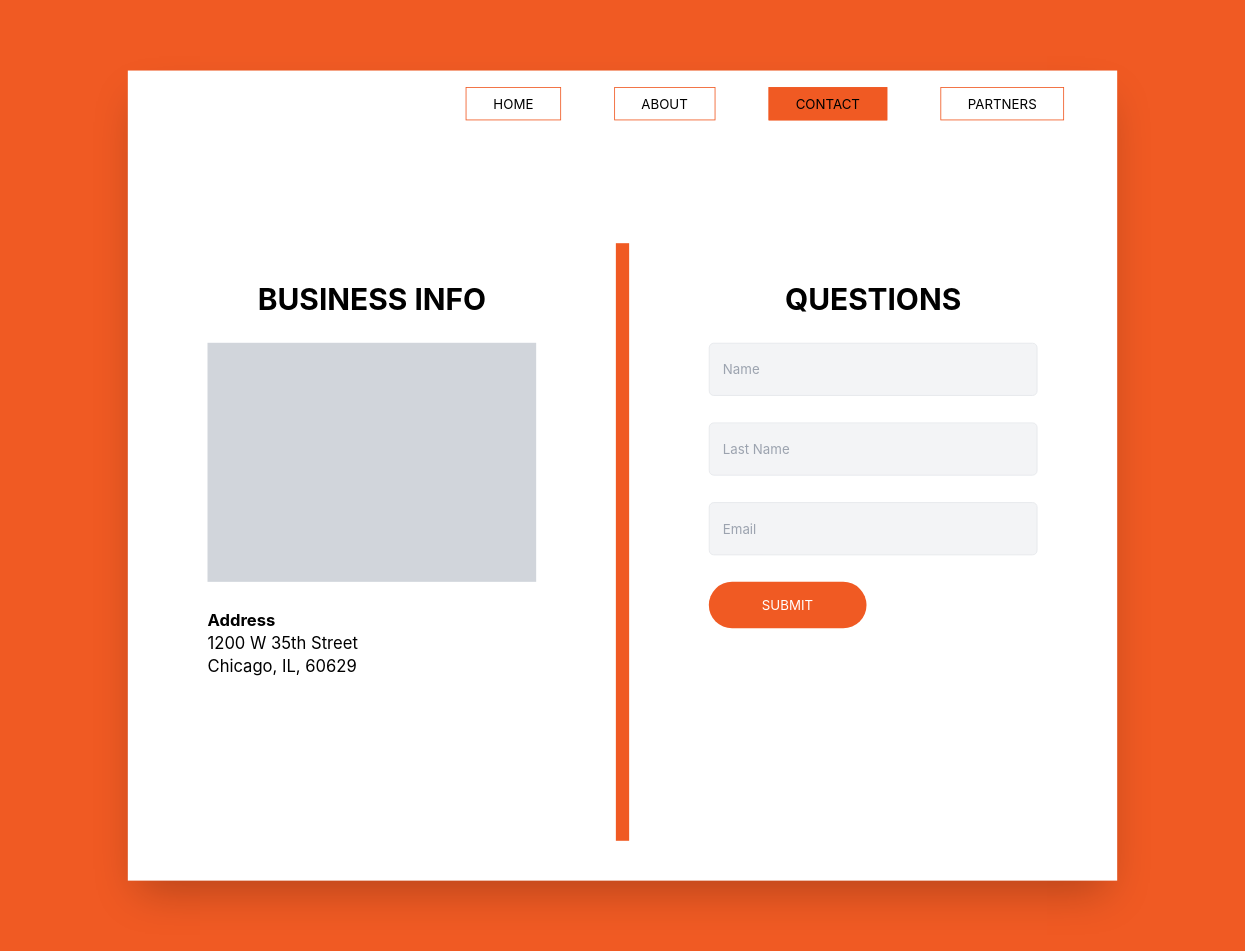
Repository: legenddev1202/whyclicktv
Page: /contact
An editor plug-in stored every save of this project. The page is shown before and after the next save, followed by the edit.
The browser window is 1280 px wide. The page is 1500 px wide, so the pictures cover 1500 px, including what lies to the right of the window. The pictures show the whole page, at 83% of full size.
The project was rebuilt for these pictures with package versions that can differ from the ones it lists, and the page was loaded fresh each time. Also part of the build but not shown: src/App.css, src/pages/home.js, src/pages/about.js, src/pages/partners.js, src/pages/referral.js.

Above is the page before, as saved 2022-03-31 14:24:52.

### public/index.html
<!DOCTYPE html>
<html lang="en">
  <head>
    <meta charset="utf-8" />
    <link rel="icon" href="%PUBLIC_URL%/favicon.ico" />
    <meta name="viewport" content="width=device-width, initial-scale=1" />
    <meta name="theme-color" content="#000000" />
    <meta name="description" content="why-click" />
    <link rel="apple-touch-icon" href="%PUBLIC_URL%/favicon.ico" />
    <!--
      manifest.json provides metadata used when your web app is installed on a
      user's mobile device or desktop. See https://developers.google.com/web/fundamentals/web-app-manifest/
    -->
    <link rel="manifest" href="%PUBLIC_URL%/manifest.json" />
    <!--
      Notice the use of %PUBLIC_URL% in the tags above.
      It will be replaced with the URL of the `public` folder during the build.
      Only files inside the `public` folder can be referenced from the HTML.

      Unlike "/favicon.ico" or "favicon.ico", "%PUBLIC_URL%/favicon.ico" will
      work correctly both with client-side routing and a non-root public URL.
      Learn how to configure a non-root public URL by running `npm run build`.
    -->
    <title>WhyClick.tv</title>
  </head>
  <body>
    <noscript>WhyClick.tv</noscript>
    <div id="root"></div>
    <!--
      This HTML file is a template.
      If you open it directly in the browser, you will see an empty page.

      You can add webfonts, meta tags, or analytics to this file.
      The build step will place the bundled scripts into the <body> tag.

      To begin the development, run `npm start` or `yarn start`.
      To create a production bundle, use `npm run build` or `yarn build`.
    -->
  </body>
</html>

### src/index.css
@tailwind base;
@tailwind components;
@tailwind utilities;

body {
  margin: 0;
  font-family: -apple-system, BlinkMacSystemFont, "Segoe UI", "Roboto", "Oxygen",
    "Ubuntu", "Cantarell", "Fira Sans", "Droid Sans", "Helvetica Neue",
    sans-serif;
  -webkit-font-smoothing: antialiased;
  -moz-osx-font-smoothing: grayscale;
  height: 100%;
  min-height: 700px;
  min-width: 1500px;
}

code {
  font-family: source-code-pro, Menlo, Monaco, Consolas, "Courier New",
    monospace;
}

### src/App.js
import { Routes, Route, Link } from "react-router-dom";
import "./App.css";
import Home from "./pages/home";
import About from "./pages/about";
import Contact from "./pages/contact";
import Partners from "./pages/partners";
import Referral from "./pages/referral";

function App() {
  return (
    <Routes>
      <Route path="/" element={<Home />} />
      <Route path="about" element={<About />} />
      <Route path="contact" element={<Contact />} />
      <Route path="partners" element={<Partners />} />
      <Route path="referrel" element={<Referral />} />
    </Routes>
  );
}

export default App;

### src/pages/contact.js
import React from "react";
import { Routes, Route, Link } from "react-router-dom";

function Contact() {
  return (
    <div
      style={{ padding: "85px 154px", backgroundColor: "#F05A23" }}
      className="w-full h-full"
    >
      <div className="relative shadow-2xl" style={{ backgroundColor: "white" }}>
        <div className="bg-transparent  h-20 flex items-center px-8 justify-between z-20">
          <div></div>
          <div className="bg-transparent">
            <button
              className="h-10 px-8 mx-8 border"
              style={{ borderColor: "#F05A23", backgroundColor: "white" }}
            >
              <Link to="/">HOME</Link>
            </button>
            <button
              className="h-10 px-8 mx-8 border"
              style={{ borderColor: "#F05A23", backgroundColor: "white" }}
            >
              <Link to="/about">ABOUT</Link>
            </button>
            <button
              className="h-10 px-8 mx-8 border"
              style={{ borderColor: "#F05A23", backgroundColor: "#F05A23" }}
            >
              <Link to="/contact">CONTACT</Link>
            </button>
            <button
              className="h-10 px-8 mx-8 border"
              style={{ borderColor: "#F05A23" }}
            >
              <Link to="/partners">PARTNERS</Link>
            </button>
          </div>
        </div>

        <div className="w-full mt-20 p-12 flex">
          <div className="w-1/2 p-12 pr-24 flex flex-col items-center">
            <div className="text-4xl font-bold">BUSINESS INFO</div>
            <div className="w-full h-72 bg-gray-300 mt-8"></div>
            <div className="mt-8 self-start">
              <div className="text-xl font-bold">Address</div>
              <div className="text-xl">1200 W 35th Street </div>
              <div className="text-xl">Chicago, IL, 60629 </div>
            </div>
          </div>
          <div
            className="w-4 h-full left-0 right-0 mx-auto z-10"
            style={{ backgroundColor: "#F05A23", height: "100vh" }}
          ></div>
          <div className="w-1/2 p-12 pl-24 flex flex-col items-center">
            <div className="text-4xl font-bold">QUESTIONS</div>
            <div className="w-full mt-8">
              <input
                className="w-full rounded-md h-16 border px-4 bg-gray-100"
                placeholder="Name"
              ></input>
              <div className="w-full mt-8">
                <input
                  className="w-full rounded-md h-16 border px-4 bg-gray-100"
                  placeholder="Last Name"
                ></input>
              </div>

              <div className="w-full mt-8">
                <input
                  className="w-full rounded-md h-16 border px-4 bg-gray-100"
                  placeholder="Email"
                ></input>
              </div>
            </div>
            <div className="self-start mt-8">
              <button
                className="p-4 rounded-full px-16"
                style={{ backgroundColor: "#F05A23", color: "white" }}
              >
                SUBMIT
              </button>
            </div>
          </div>
        </div>
      </div>
    </div>
  );
}

export default Contact;

Loaded but not shown: src/index.js (common file); src/reportWebVitals.js (common file); tailwind.config.js (common file)

After the next save:
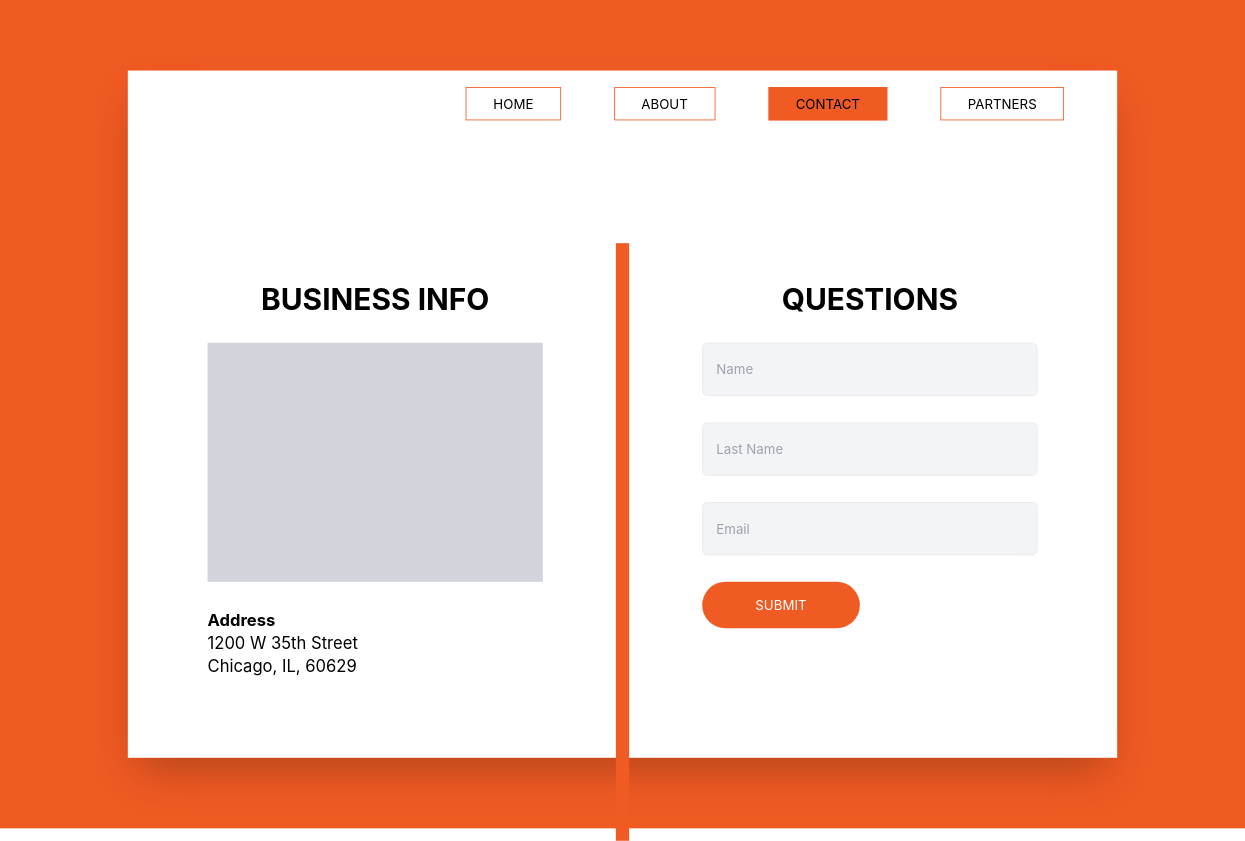
Saved 4 s later.
--- a/src/pages/contact.js
+++ b/src/pages/contact.js
@@ -49,7 +49,7 @@ function Contact() {
             </div>
           </div>
           <div
-            className="w-4 h-full left-0 right-0 mx-auto z-10"
+            className="absolute w-4 h-full left-0 right-0 mx-auto z-10"
             style={{ backgroundColor: "#F05A23", height: "100vh" }}
           ></div>
           <div className="w-1/2 p-12 pl-24 flex flex-col items-center">
